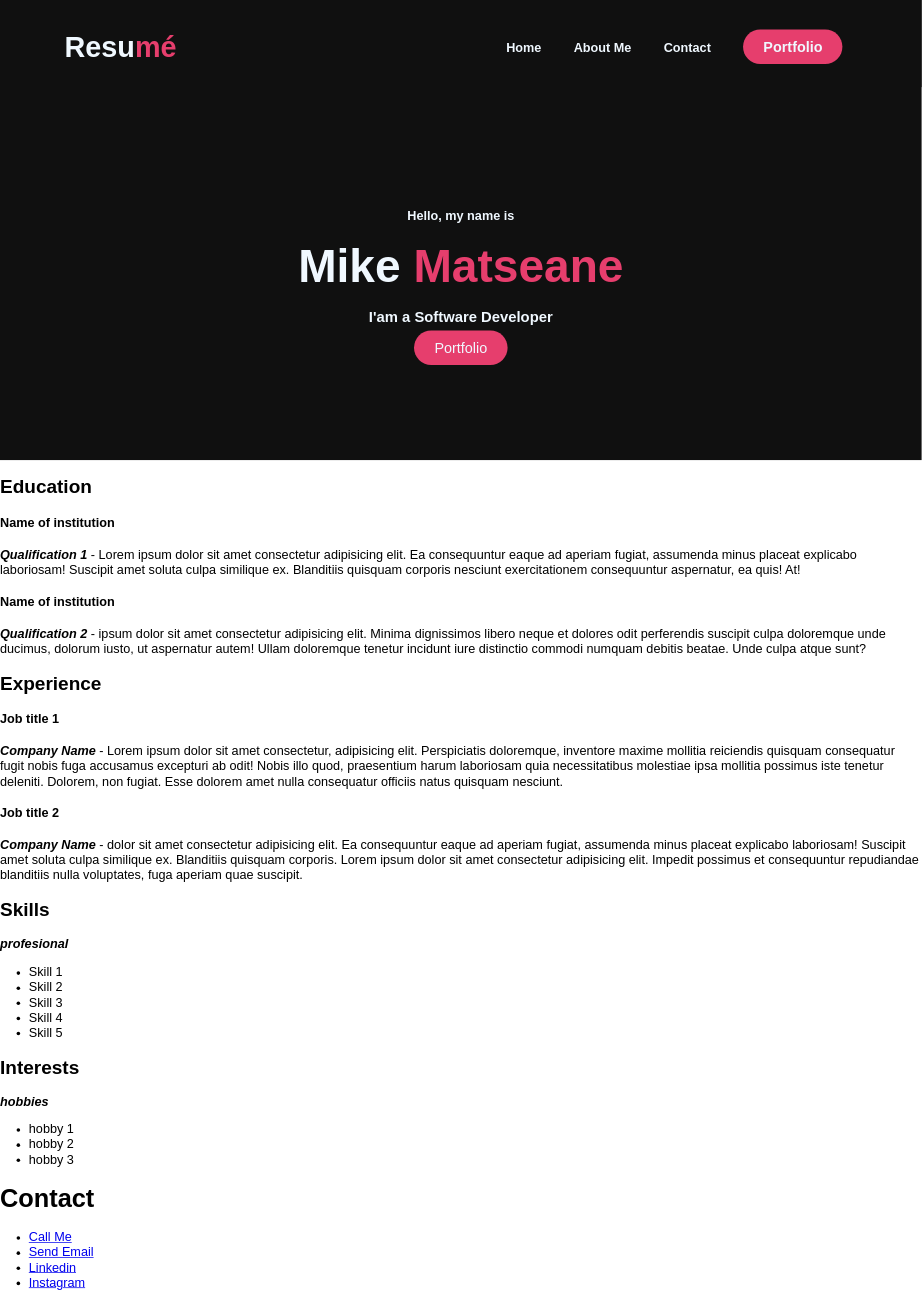
Repository: mikempho/Resume1
Page: resume1.html
An editor plug-in stored every save of this project. The page is shown before and after the next save, followed by the edit.
The browser window is 1280 px wide. The pictures show the whole page, at 72% of full size.

Above is the page before, as saved 2022-03-28 10:29:11.

After the next save:
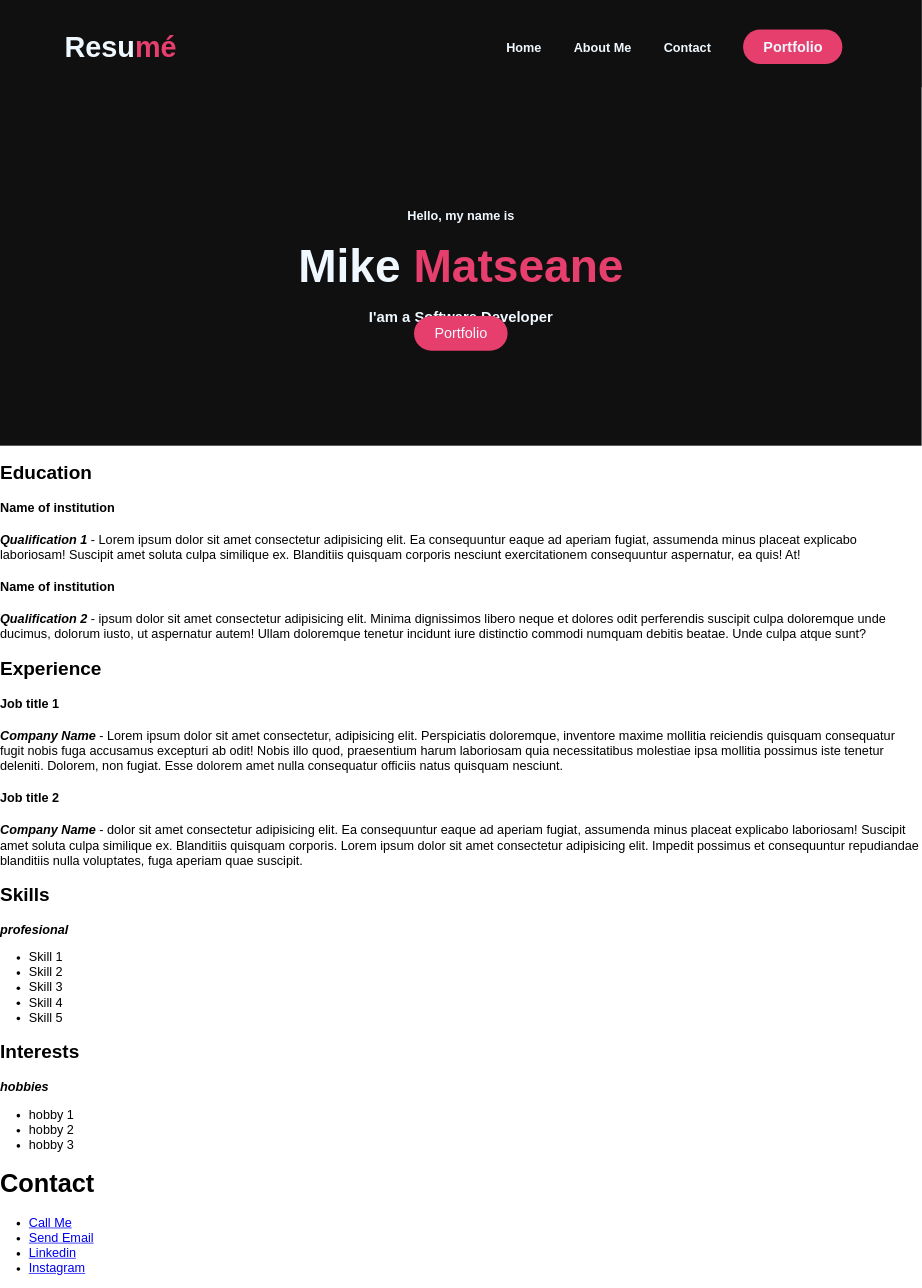
Saved 22 s later.
--- a/css/stylesheet.css
+++ b/css/stylesheet.css
@@ -77,6 +77,6 @@ nav ul li a:hover {
   text-decoration: none;
 }
 
-.intro h1 {
+.intro h3 {
   margin-bottom: 0px;
 }
